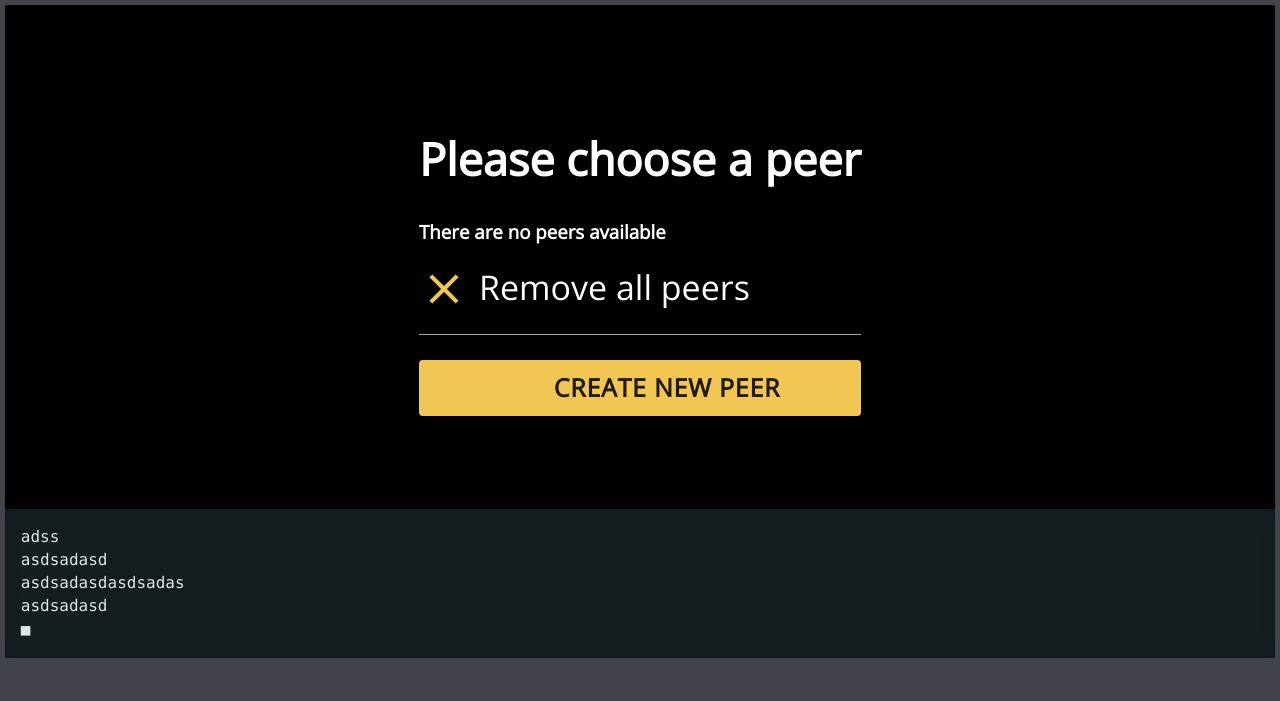
Repository: Bachdz/ASAP-Gui-Frontend
Page: /login
The author's editor kept a copy of each file at every save. The page is drawn from the files as they stood at one save, then again after the next save.
The browser window is 1280 px wide. The pictures show the whole page.
The page's requests for data from a server got no answer. The project was rebuilt for these pictures with package versions that can differ from the ones it lists, and the page was loaded fresh each time. No one was signed in, and anything a server would have sent is missing. Also part of the build but not shown: src/css/loginscreen/Peer.css, src/components/fragments/Footer.js, src/components/mainscreen/subcomponents/Apps.js, src/css/mainscreen/Main.css, src/components/mainscreen/Main.js.

Above is the page before, as saved 2020-12-16 20:37:12.

After the next save:
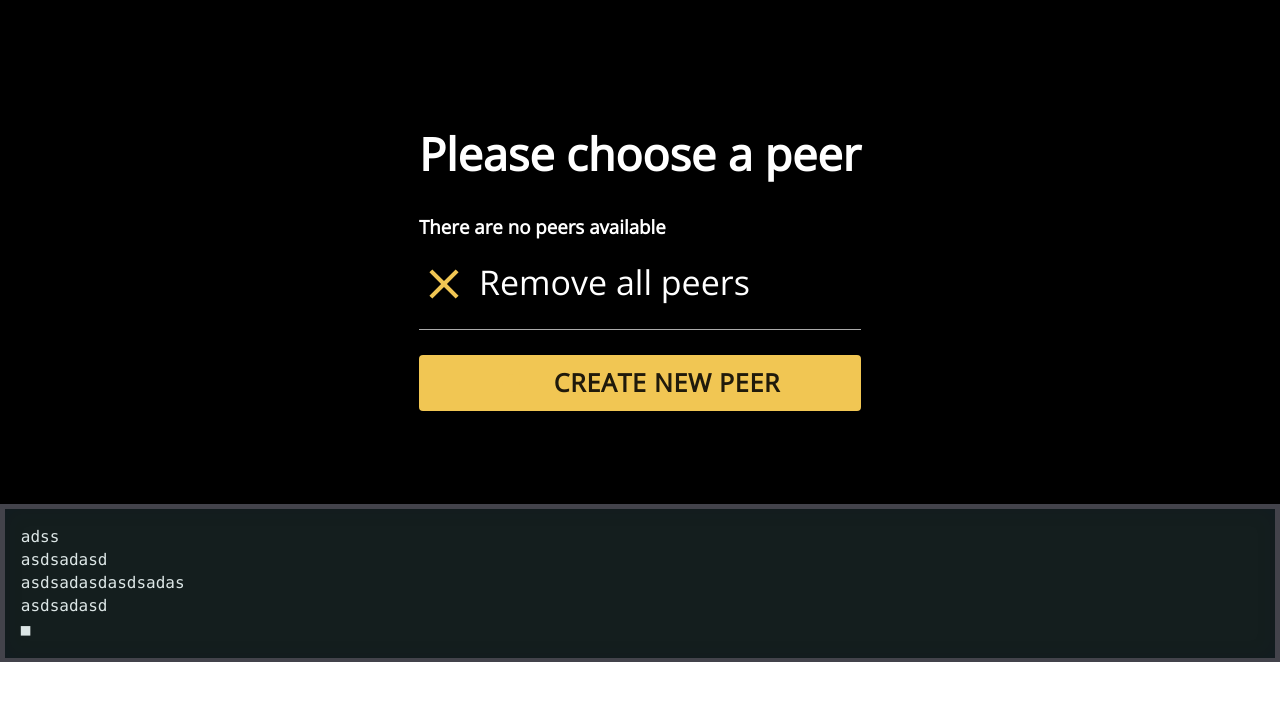
Saved 5 s later.
--- a/src/css/Terminal.css
+++ b/src/css/Terminal.css
@@ -126,7 +126,7 @@
           animation-timing-function: ease-in-out;
 }
 
-body {
+.console {
   background: rgba(20, 20, 30, 0.8);
   padding: 0.3em;
 }
